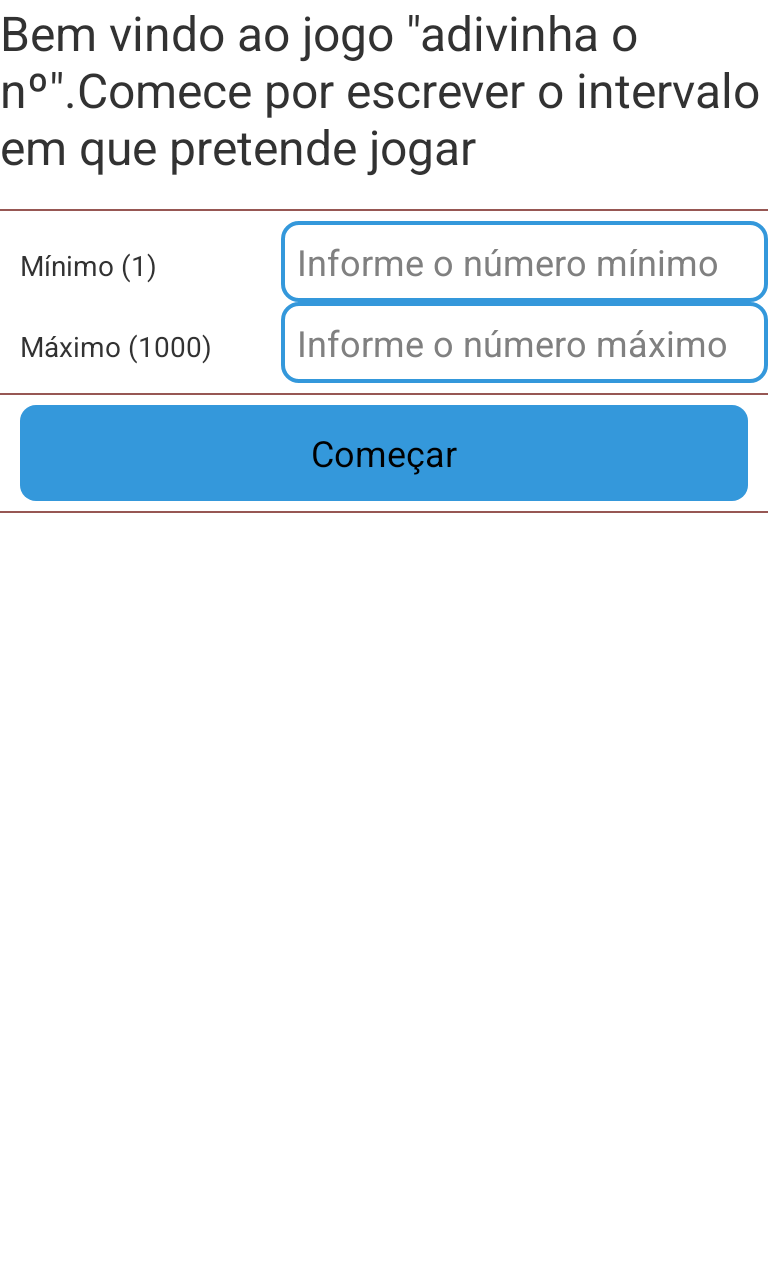
Repository: gokugohan/ddm
Layout: JogoDeAdivinha/res/layout/activity_inicial.xml
These files come from the project's save history. The layout is drawn as it stood at one moment and after the next save; the edit follows.
It is drawn on a 768 x 1280 px phone screen (xhdpi) without system bars, with theme AppTheme; the app's code is not run.

Above is the layout before, as saved 2014-11-12 11:05:57.

### JogoDeAdivinha/res/layout/activity_inicial.xml
<LinearLayout xmlns:android="http://schemas.android.com/apk/res/android"
    xmlns:tools="http://schemas.android.com/tools"
    android:layout_width="match_parent"
    android:layout_height="match_parent"
    android:orientation="vertical" >

    <TextView
        android:id="@+id/id_tv_intro"
        android:layout_gravity="center"

        android:layout_width="wrap_content"
        android:layout_height="wrap_content"
        android:text="@string/str_info_jogo"
        android:textSize="24sp"
        />

     <View android:layout_width="match_parent"
       android:layout_marginTop="15dp"
       android:layout_marginBottom="5dp"
       android:layout_height="1dp"
       android:background="#ff975754"/>

    <LinearLayout
        android:layout_width="match_parent"
        android:layout_height="wrap_content"
        android:orientation="horizontal"
        android:layout_marginLeft="10dp"
        android:weightSum="2" >

        <TextView android:layout_width="0dp"
            android:layout_height="wrap_content"
            android:layout_weight="0.7"
            android:textSize="14sp"
            android:text="@string/str_min"/>

        <EditText
            android:id="@+id/id_et_min"
            android:layout_width="0dp"
            android:layout_weight="1.3"
            android:layout_height="wrap_content"
			android:background="@drawable/custom_edittext"
            android:hint="@string/str_info_min"
            android:inputType="number" />
    </LinearLayout>


   <LinearLayout
        android:layout_width="match_parent"
        android:layout_height="wrap_content"
        android:orientation="horizontal"
        android:layout_marginLeft="10dp"
        android:weightSum="2" >

        <TextView android:layout_width="0dp"
            android:layout_height="wrap_content"
            android:layout_weight="0.7"
            android:textSize="14sp"
            android:text="@string/str_max"/>

        <EditText
            android:id="@+id/id_et_max"
            android:layout_width="0dp"
            android:layout_weight="1.3"
            android:layout_height="wrap_content"
            android:background="@drawable/custom_edittext"
            android:hint="@string/str_info_max"
            android:inputType="number" />
    </LinearLayout>

  <View android:layout_width="match_parent"
       android:layout_marginTop="5dp"
       android:layout_marginBottom="5dp"
       android:layout_height="1dp"
       android:background="#ff975754"/>

   <Button android:id="@+id/id_btn_comecar"
       android:layout_width="match_parent"
       android:layout_height="wrap_content"
       android:layout_marginLeft="10dp"
       android:layout_marginRight="10dp"
       android:text="@string/str_comecar"
       android:background="@drawable/custom_button"
       />

   <View android:layout_width="match_parent"
       android:layout_marginTop="5dp"
       android:layout_marginBottom="5dp"
       android:layout_height="1dp"
       android:background="#ff975754"/>

   <TextView android:id="@+id/id_tv_feedback"
       android:layout_width="match_parent"
       android:layout_height="wrap_content"/>

</LinearLayout>

### JogoDeAdivinha/res/values/strings.xml
<?xml version="1.0" encoding="utf-8"?>
<resources>

    <string name="app_name">Jogo de adivinha</string>
    <string name="hello_world">Hello world!</string>
    <string name="action_settings">Settings</string>

    <string name="str_info_jogo">Bem vindo ao jogo \"adivinha o nº\".Comece por escrever o intervalo em que pretende jogar</string>
    <string name="str_info_min">Informe o número mínimo</string>
    <string name="str_info_max">Informe o número máximo</string>
    <string name="str_comecar">Começar</string>
    <string name="str_max">Máximo (1000)</string>
    <string name="str_min">Mínimo (1)</string>
    <string name="numero_da_jogada">Número da jogada ex. 500</string>
    <string name="str_error_number_format">Aceita só números inteiros</string>

    <string name="str_como_jogar">Escreva abaixo o seu palpite e toque em \"jogar\"</string>
    <string name="jogar">Jogar</string>
    <string name="restart">Restart</string>
    <string name="str_debug_jogar">Aqui surgira o debug do activity</string>

</resources>

### JogoDeAdivinha/res/drawable/custom_edittext.xml
<?xml version="1.0" encoding="utf-8"?>
<shape xmlns:android="http://schemas.android.com/apk/res/android" >

    <corners
        android:radius="8dp"
        />

    <stroke android:width="2dp"
        android:color="#3498db"/>

     <padding
        android:bottom="8dp"
        android:left="8dp"
        android:right="8dp"
        android:top="8dp" />
</shape>

### JogoDeAdivinha/res/drawable/custom_button.xml
<?xml version="1.0" encoding="utf-8"?>
<shape xmlns:android="http://schemas.android.com/apk/res/android" >

    <corners
        android:bottomLeftRadius="8dp"
        android:bottomRightRadius="8dp"
        android:topLeftRadius="8dp"
        android:topRightRadius="8dp" />

    <solid android:color="#3498db"/>
</shape>

Loaded but not shown: JogoDeAdivinha/res/values/styles.xml (common file); JogoDeAdivinha/res/values-v11/styles.xml (common file); JogoDeAdivinha/res/values-v14/styles.xml (common file)

After the next save:
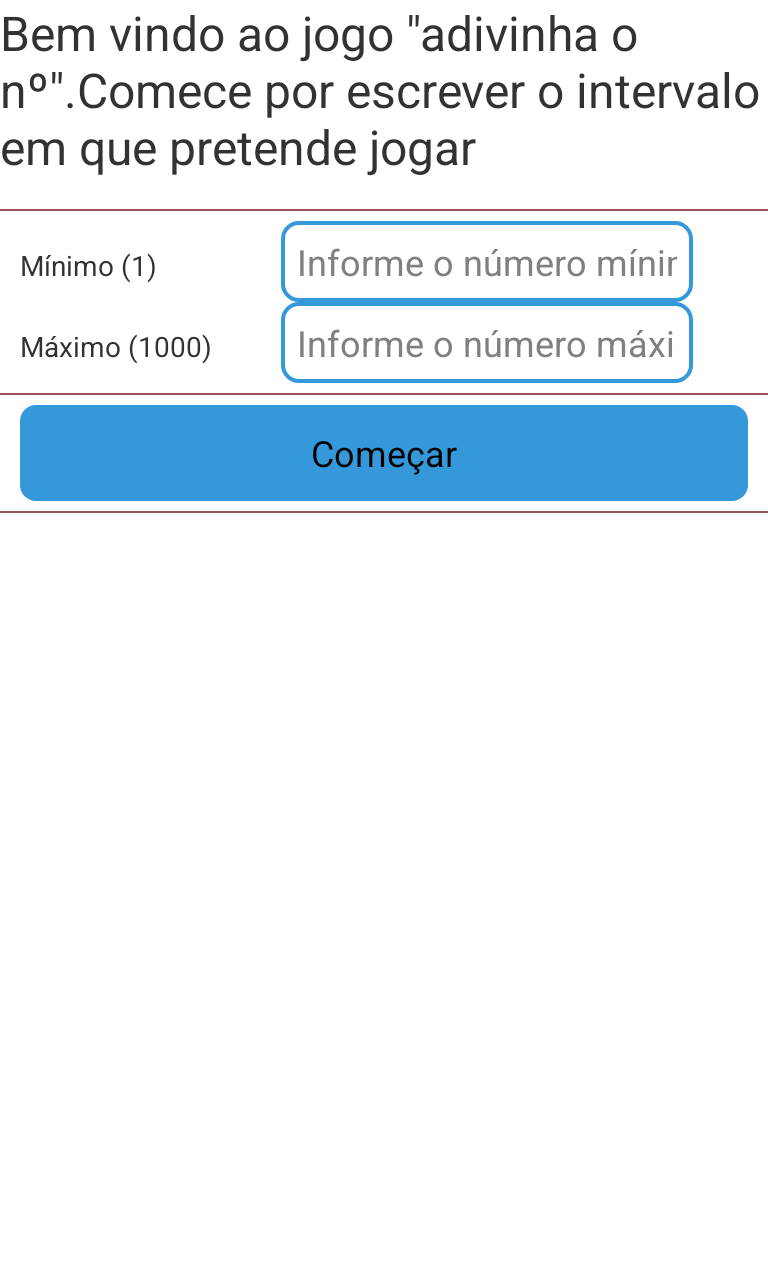
Saved 16 s later.
--- a/JogoDeAdivinha/res/layout/activity_inicial.xml
+++ b/JogoDeAdivinha/res/layout/activity_inicial.xml
@@ -36,7 +36,7 @@
         <EditText
             android:id="@+id/id_et_min"
             android:layout_width="0dp"
-            android:layout_weight="1.3"
+            android:layout_weight="1.1"
             android:layout_height="wrap_content"
 			android:background="@drawable/custom_edittext"
             android:hint="@string/str_info_min"
@@ -60,7 +60,7 @@
         <EditText
             android:id="@+id/id_et_max"
             android:layout_width="0dp"
-            android:layout_weight="1.3"
+            android:layout_weight="1.1"
             android:layout_height="wrap_content"
             android:background="@drawable/custom_edittext"
             android:hint="@string/str_info_max"
